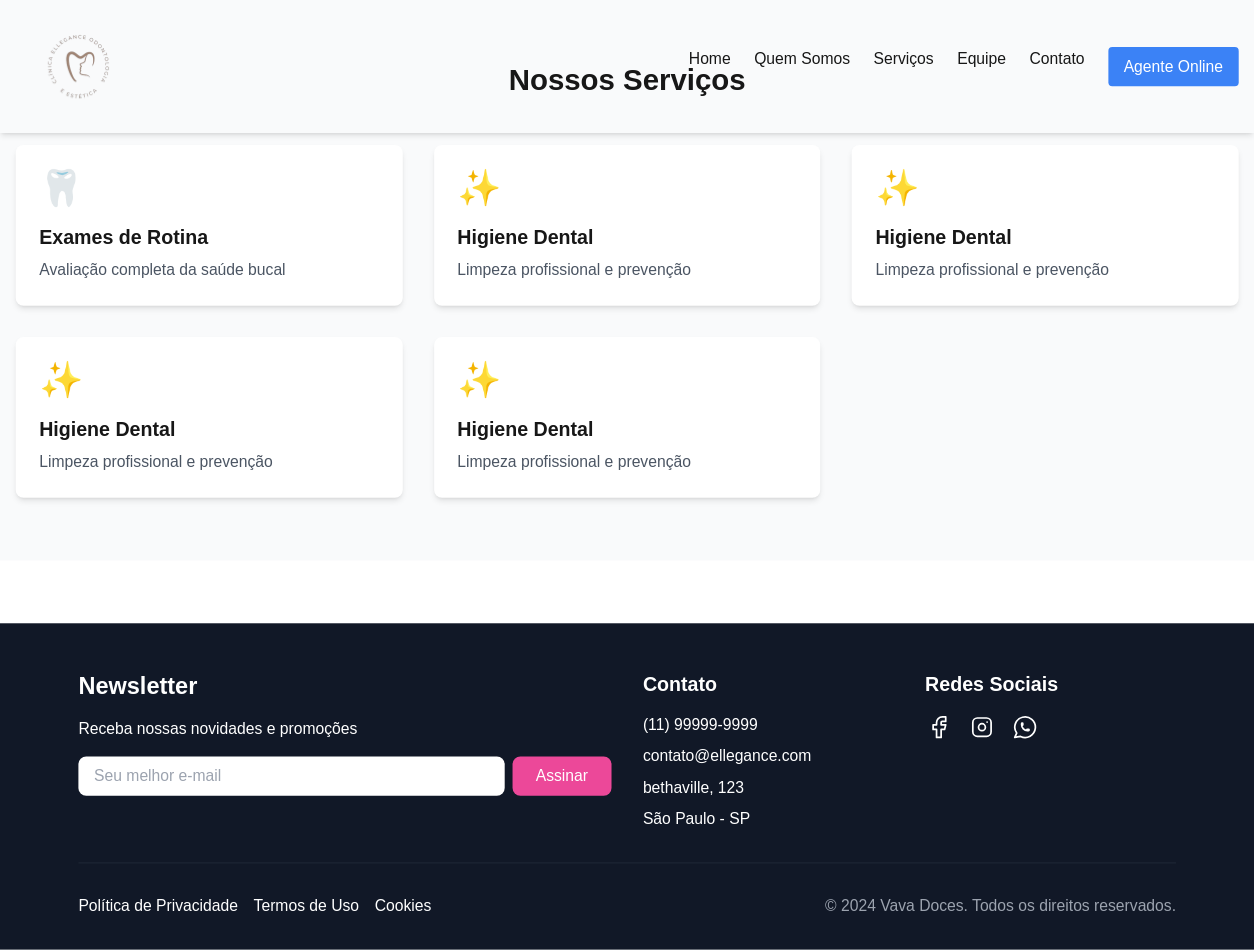
Repository: francisguitt/ellegance_odontologia
Page: /services_
These files come from the project's save history. The page is drawn as it stood at one moment and after the next save; the edit follows.
The browser window is 1280 px wide. The pictures show the whole page, at 98% of full size.
The project was rebuilt for these pictures with package versions that can differ from the ones it lists, and the page was loaded fresh each time. The framework's server and built-in components were replaced by stand-ins that run in the browser. Also part of the build but not shown: next.config.mjs.

Above is the page before, as saved 2025-02-22 12:16:33.

After the next save:
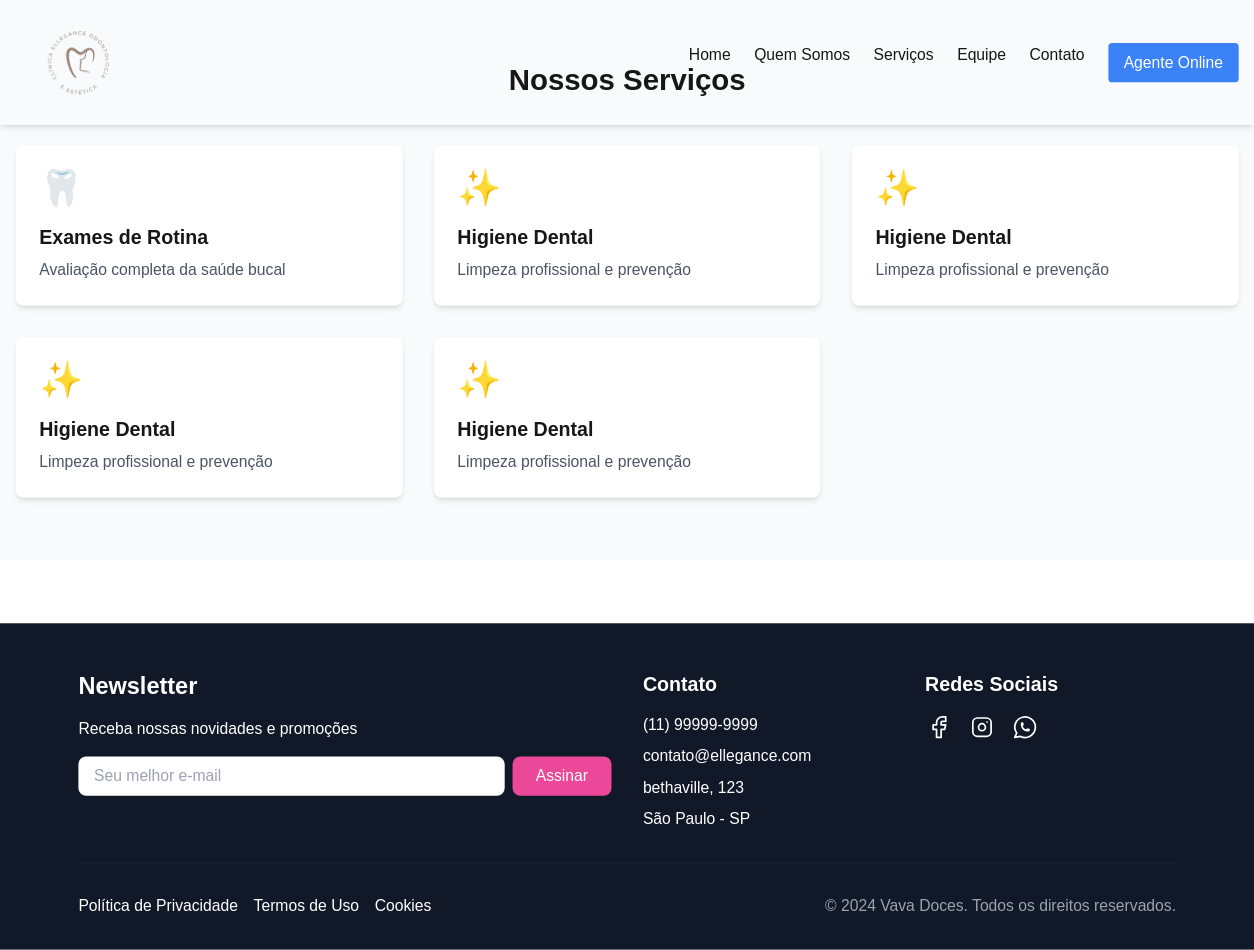
Saved 7 s later.
--- a/src/app/components/header.tsx
+++ b/src/app/components/header.tsx
@@ -24,7 +24,7 @@ const Header = () => {
 
   return (
     <header className="fixed w-full  shadow-md z-50">
-      <div className="container mx-auto px-4 py-1 flex justify-between items-center text-center">
+      <div className="container mx-auto px-4 py-0 flex justify-between items-center text-center">
         <div className="logo">
           <Image
             src={logo}
